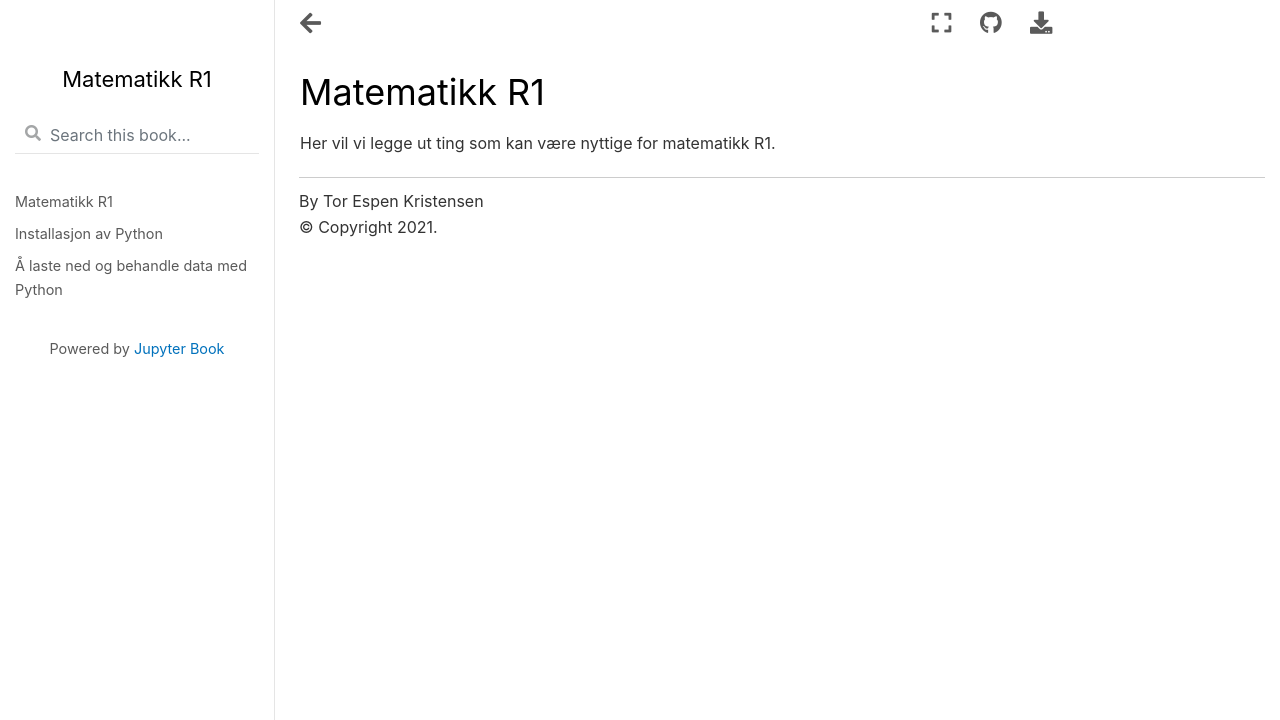
Repository: tork73/R1
Page: R1-programmering/_build/html/intro.html
These files come from the project's save history. The page is drawn as it stood at one moment and after the next save; the edit follows.
The browser window is 1280 px wide. The pictures show the whole page.

Above is the page before, as saved 2022-01-31 10:33:45.

After the next save:
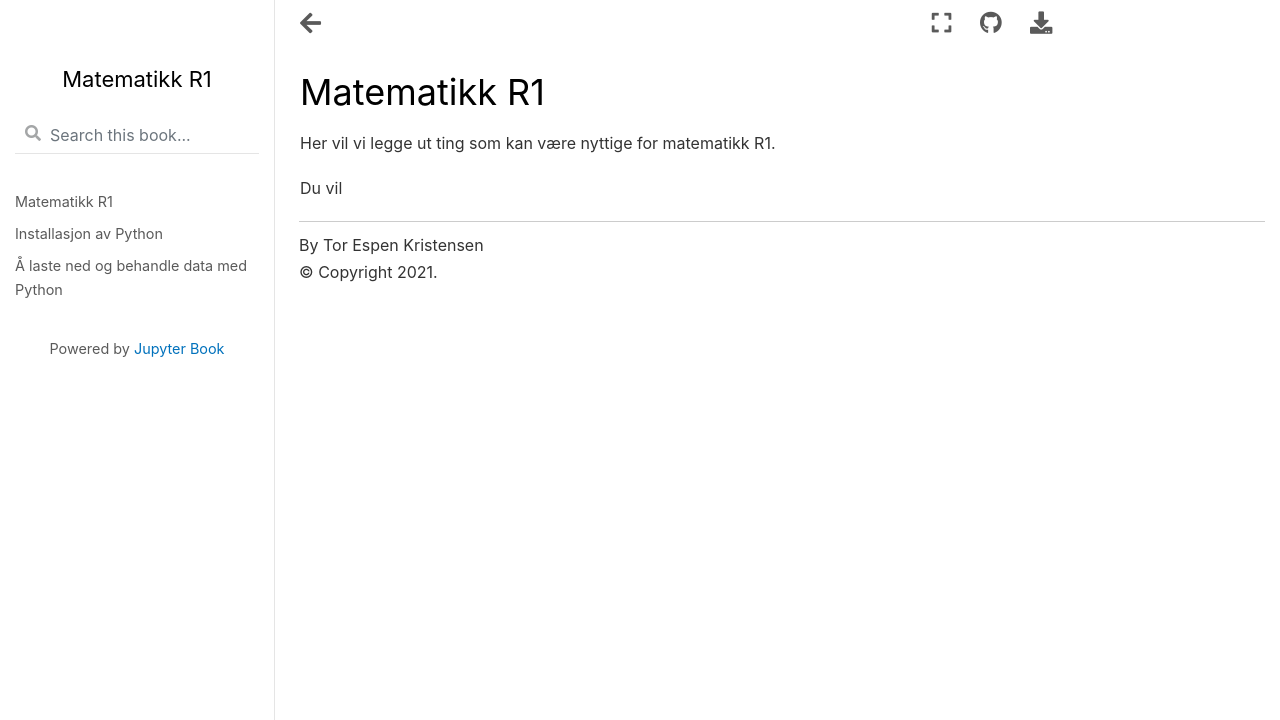
Saved 10 s later.
--- a/R1-programmering/_build/html/intro.html
+++ b/R1-programmering/_build/html/intro.html
@@ -142,7 +142,7 @@
         <!-- ipynb file if we had a myst markdown file -->
 
         <!-- Download raw file -->
-        <a class="dropdown-buttons" href="../_sources/.history/intro_20220131103345.md"><button type="button"
+        <a class="dropdown-buttons" href="../_sources/.history/intro_20220131103355.md"><button type="button"
                 class="btn btn-secondary topbarbtn" title="Download source file" data-toggle="tooltip"
                 data-placement="left">.md</button></a>
         <!-- Download PDF via print -->
@@ -162,7 +162,7 @@
                 data-toggle="tooltip" data-placement="left" title="Source repository"><i
                     class="fab fa-github"></i>repository</button></a>
         <a class="issues-button"
-            href="https://github.com/executablebooks/jupyter-book/issues/new?title=Issue%20on%20page%20%2F.history/intro_20220131103345.html&body=Your%20issue%20content%20here."><button
+            href="https://github.com/executablebooks/jupyter-book/issues/new?title=Issue%20on%20page%20%2F.history/intro_20220131103355.html&body=Your%20issue%20content%20here."><button
                 type="button" class="btn btn-secondary topbarbtn" data-toggle="tooltip" data-placement="left"
                 title="Open an issue"><i class="fas fa-lightbulb"></i>open issue</button></a>
 
@@ -204,6 +204,7 @@
   <div class="tex2jax_ignore mathjax_ignore section" id="matematikk-r1">
 <h1>Matematikk R1<a class="headerlink" href="#matematikk-r1" title="Permalink to this headline">¶</a></h1>
 <p>Her vil vi legge ut ting som kan være nyttige for matematikk R1.</p>
+<p>Du vil</p>
 </div>
 
     <script type="text/x-thebe-config">

After the save that followed:
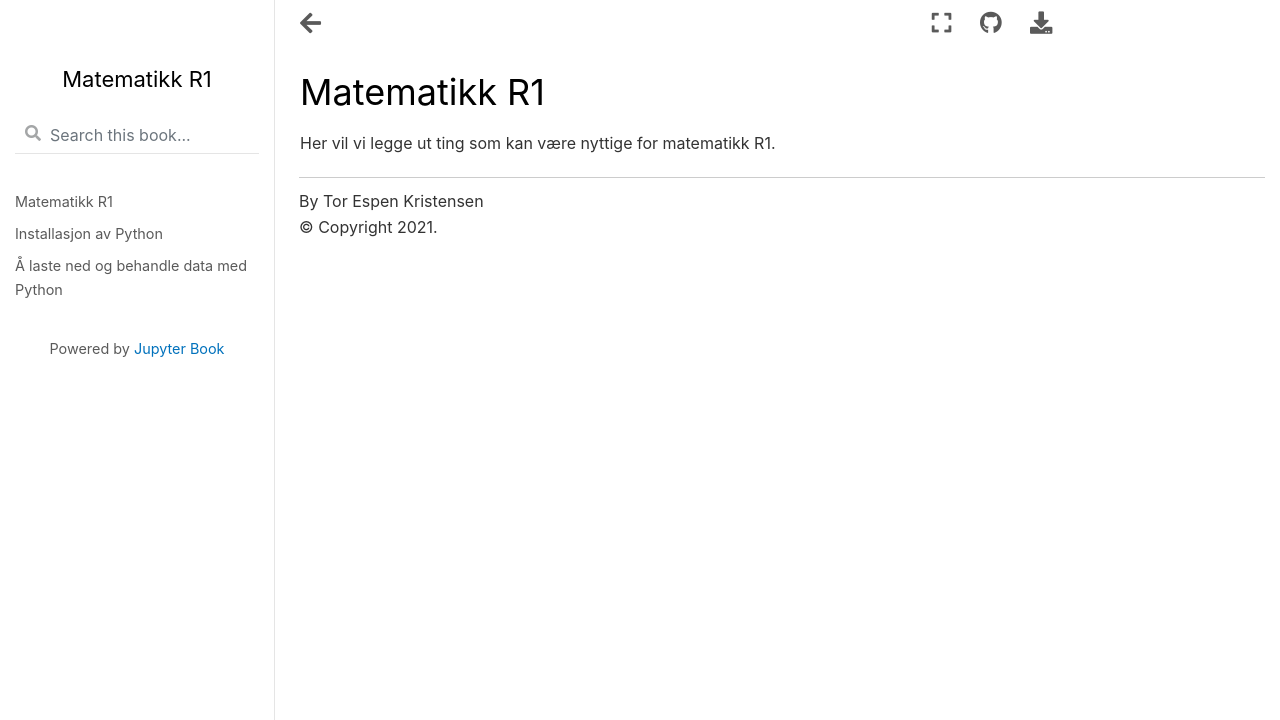
Saved 2 s later.
--- a/R1-programmering/_build/html/intro.html
+++ b/R1-programmering/_build/html/intro.html
@@ -142,7 +142,7 @@
         <!-- ipynb file if we had a myst markdown file -->
 
         <!-- Download raw file -->
-        <a class="dropdown-buttons" href="../_sources/.history/intro_20220131103355.md"><button type="button"
+        <a class="dropdown-buttons" href="../_sources/.history/intro_20220131103357.md"><button type="button"
                 class="btn btn-secondary topbarbtn" title="Download source file" data-toggle="tooltip"
                 data-placement="left">.md</button></a>
         <!-- Download PDF via print -->
@@ -162,7 +162,7 @@
                 data-toggle="tooltip" data-placement="left" title="Source repository"><i
                     class="fab fa-github"></i>repository</button></a>
         <a class="issues-button"
-            href="https://github.com/executablebooks/jupyter-book/issues/new?title=Issue%20on%20page%20%2F.history/intro_20220131103355.html&body=Your%20issue%20content%20here."><button
+            href="https://github.com/executablebooks/jupyter-book/issues/new?title=Issue%20on%20page%20%2F.history/intro_20220131103357.html&body=Your%20issue%20content%20here."><button
                 type="button" class="btn btn-secondary topbarbtn" data-toggle="tooltip" data-placement="left"
                 title="Open an issue"><i class="fas fa-lightbulb"></i>open issue</button></a>
 
@@ -204,7 +204,6 @@
   <div class="tex2jax_ignore mathjax_ignore section" id="matematikk-r1">
 <h1>Matematikk R1<a class="headerlink" href="#matematikk-r1" title="Permalink to this headline">¶</a></h1>
 <p>Her vil vi legge ut ting som kan være nyttige for matematikk R1.</p>
-<p>Du vil</p>
 </div>
 
     <script type="text/x-thebe-config">
